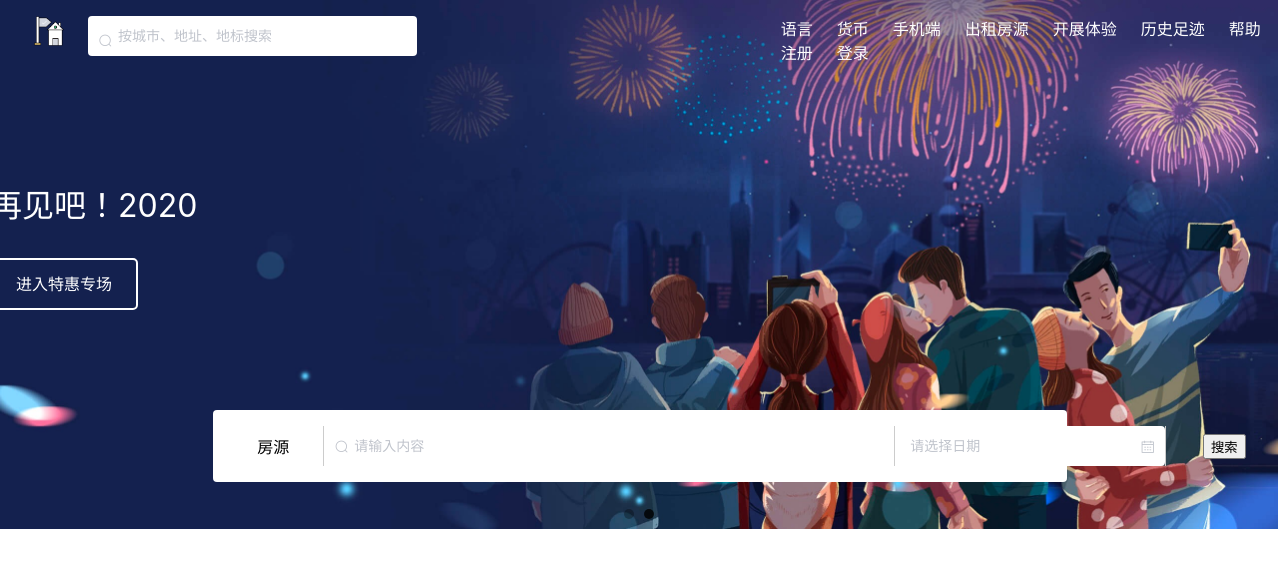
Repository: yz1181214391/my-airbnb
Page: /
These files come from the project's save history. The page is drawn as it stood at one moment and after the next save; the edit follows.
The browser window is 1280 px wide. The page is 1282 px wide, so the pictures cover 1282 px, including what lies to the right of the window. The pictures show the whole page.
The project was rebuilt for these pictures with package versions that can differ from the ones it lists, and the page was loaded fresh each time. Also part of the build but not shown: src/views/Language.vue, src/views/Currency.vue, src/views/Enter.vue, src/views/Experience.vue, src/views/Help.vue, src/views/History.vue, src/views/Mobile.vue, src/views/Register.vue and 1 more.

Above is the page before, as saved 2020-12-14 15:34:22.

After the next save:
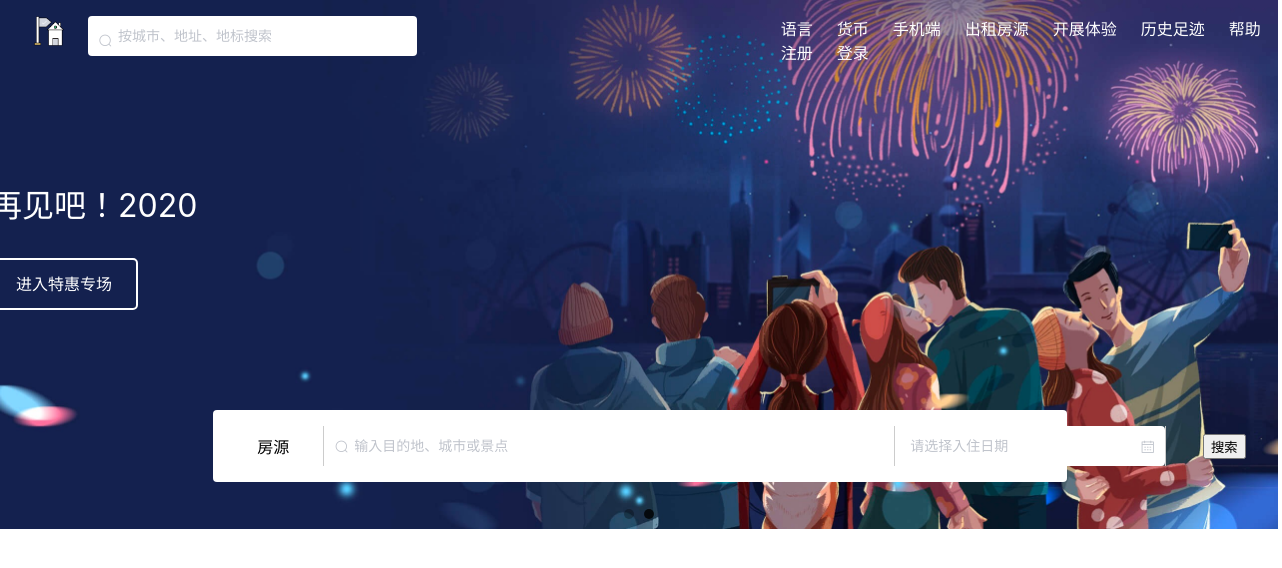
Saved 72 s later.
--- a/src/components/Header.vue
+++ b/src/components/Header.vue
@@ -37,14 +37,14 @@
               <div style="width:100px;height:100%; text-align: center;">房源</div>
               <div style="width:570px;height:100%;border-right: 1px solid #cccccc;border-left: 1px solid #cccccc;">
                 <el-input
-                  placeholder="请输入内容"
+                  placeholder="输入目的地、城市或景点"
                   prefix-icon="el-icon-search"
                   v-model="input21">
                 </el-input>
               </div>
               <div style="width:270px;height:100%;border-right: 1px solid #cccccc;">
                 <el-input
-                  placeholder="请选择日期"
+                  placeholder="请选择入住日期"
                   suffix-icon="el-icon-date"
                   v-model="input2">
                 </el-input>
